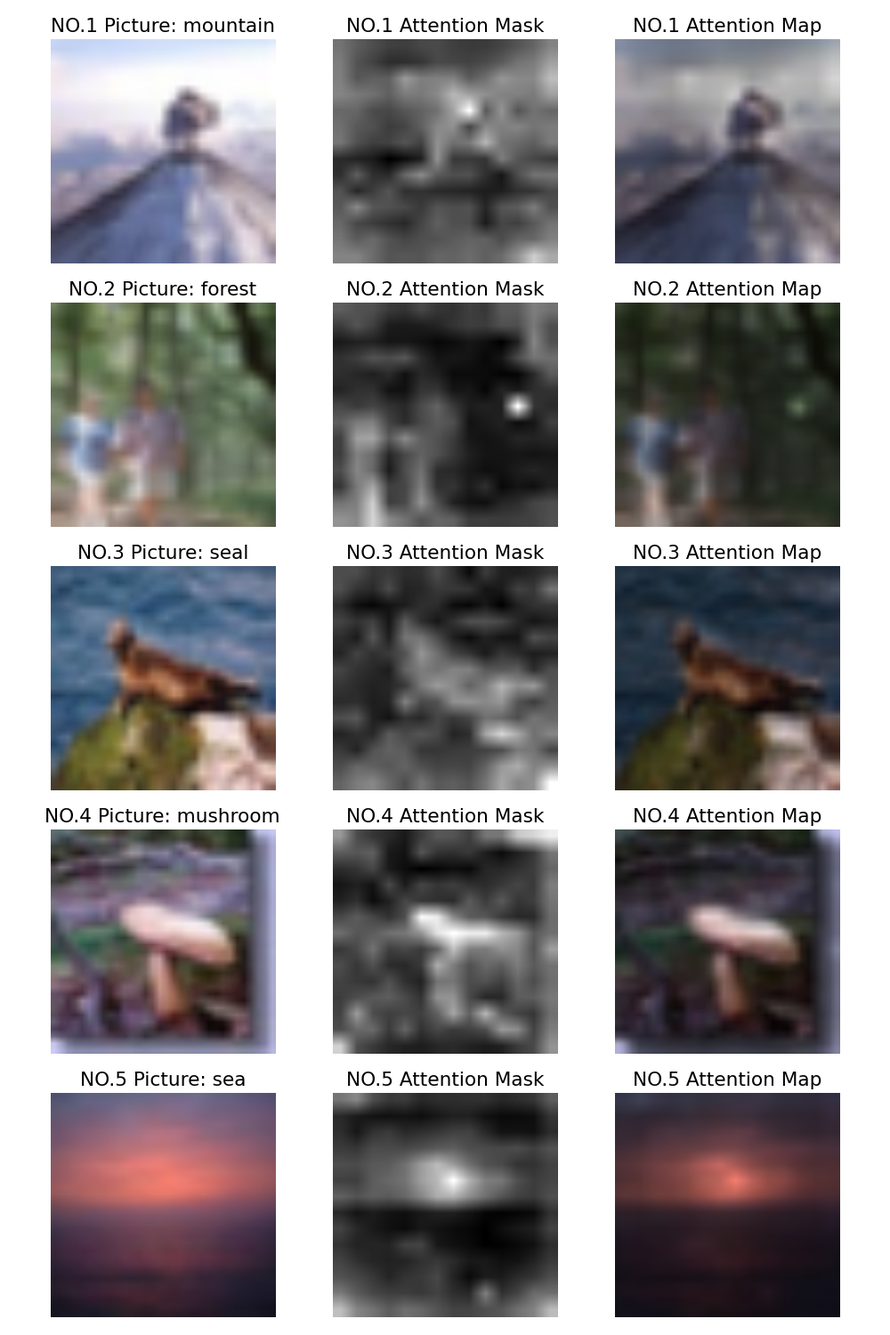
Repository: ginnux/vit
Script's output: python figure/visual.py
The author's editor kept a copy of each file at every save. The script's output is drawn from the files as they stood at one save, then again after the next save.
The pictures are shown at 89% of full size.
Random numbers start from a fixed seed. It also reads figure/base.pkl, figure/large.pkl.

Above is the script's output before, as saved 2024-06-24 23:15:27.

After the next save:
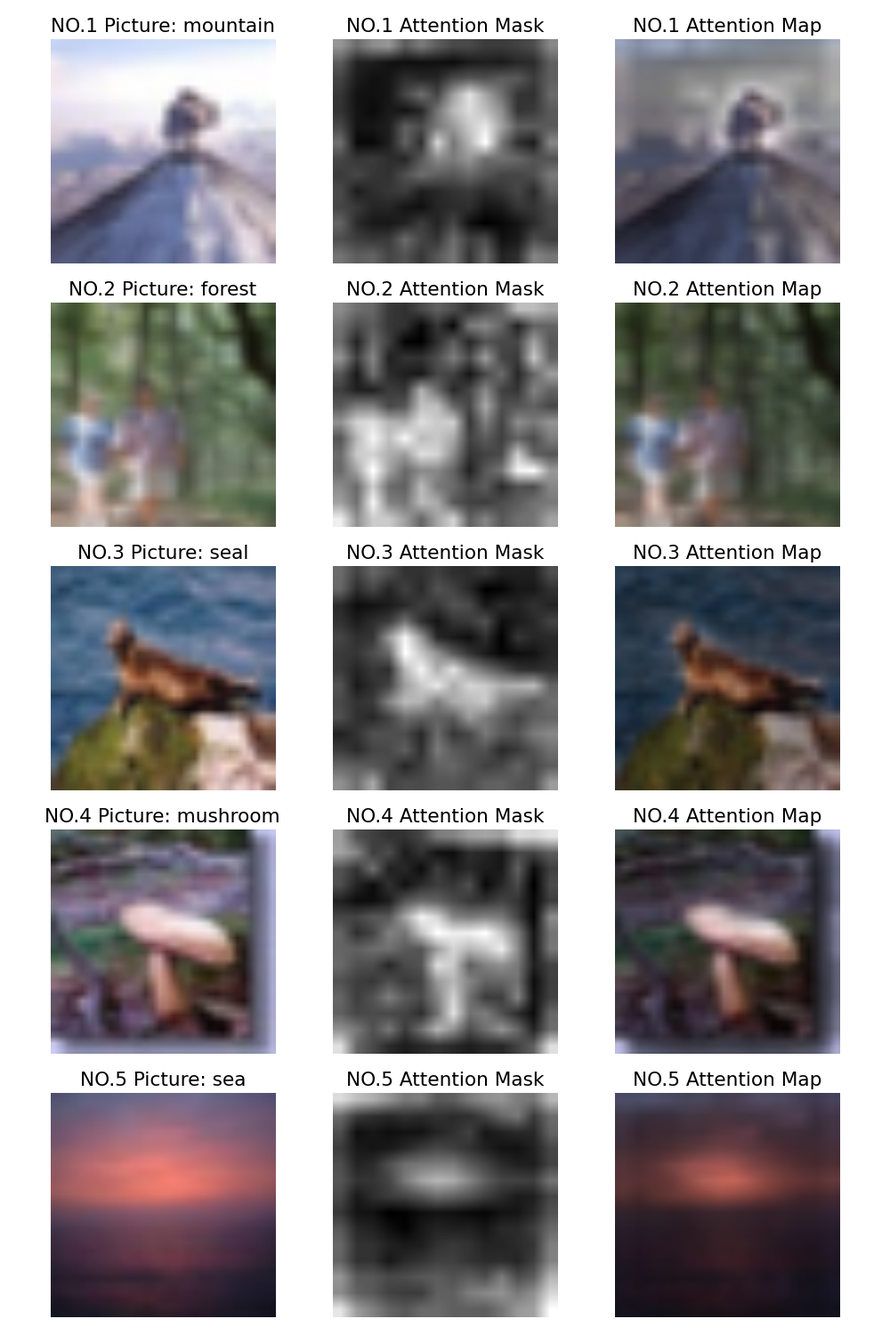
Saved 43 s later.
--- a/figure/visual.py
+++ b/figure/visual.py
@@ -3,7 +3,7 @@ import numpy as np
 import matplotlib.pyplot as plt
 
 # Load data
-with open("figure/large.pkl", "rb") as f:
+with open("figure/base.pkl", "rb") as f:
     data = pickle.load(f)
 
 # Plot
